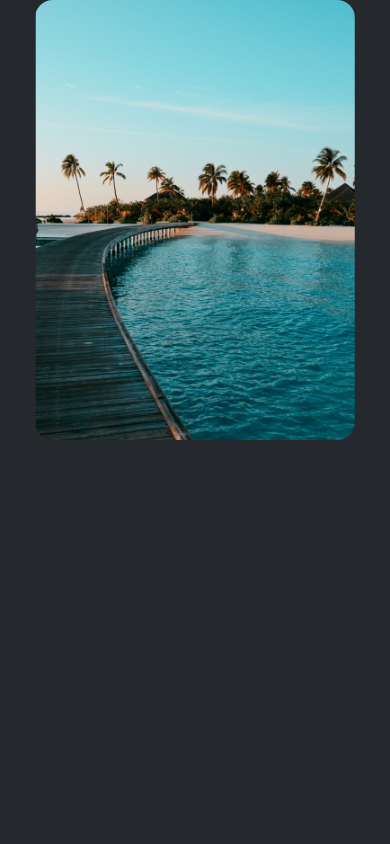
Repository: Ghostlybot16/Capstone_Proj
Screen: /
An editor plug-in stored every save of this project. The screen is shown before and after a run of saves, followed by the edit.
The app was drawn by React Native's web renderer in a window 390 px wide. The project was rebuilt for these pictures with package versions that can differ from the ones it lists, and the page was loaded fresh each time.

Above is the screen before, as saved 2024-09-21 09:39:28.

### App.js
import { StatusBar } from 'expo-status-bar';
import { StyleSheet, Text, View,Image } from 'react-native';

const placeholderImage = require('./assets/images/background-image.png');

export default function App() {
  return (
    <View style={styles.container}>
      <Image source={placeholderImage} style={styles.image}></Image>

      <StatusBar style="auto" />
    </View>
  );
}
const styles = StyleSheet.create({
  container: {
    flex: 1,
    backgroundColor: '#25292e',
    alignItems: 'center',
  },
  imageContainer: {
    flex: 1,
    paddingTop: 70,
  },
  image: {
    width: 320,
    height: 440,
    borderRadius: 18,
  },
});

Loaded but not shown: Components/ImageViewer.js (common file)

After the next 6 saves:
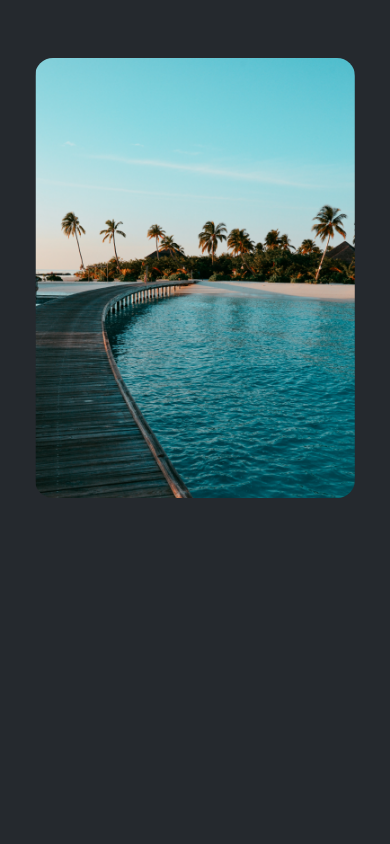
The 6 saves are shown as one change because 2 did not build or start and some came seconds apart.
The last was saved 4 min 32 s later.
--- a/App.js
+++ b/App.js
@@ -1,17 +1,21 @@
 import { StatusBar } from 'expo-status-bar';
-import { StyleSheet, Text, View,Image } from 'react-native';
+import { StyleSheet, View } from 'react-native';
 
-const placeholderImage = require('./assets/images/background-image.png');
+ import ImageViewer from './components/ImageViewer';
+
+const PlaceholderImage = require('./assets/images/background-image.png');
 
 export default function App() {
   return (
     <View style={styles.container}>
-      <Image source={placeholderImage} style={styles.image}></Image>
-
+      <View style={styles.imageContainer}>
+        <ImageViewer placeholderImageSource={PlaceholderImage} />
+      </View>
       <StatusBar style="auto" />
     </View>
   );
 }
+
 const styles = StyleSheet.create({
   container: {
     flex: 1,
@@ -20,11 +24,6 @@ const styles = StyleSheet.create({
   },
   imageContainer: {
     flex: 1,
-    paddingTop: 70,
-  },
-  image: {
-    width: 320,
-    height: 440,
-    borderRadius: 18,
+    paddingTop: 58,
   },
 });
